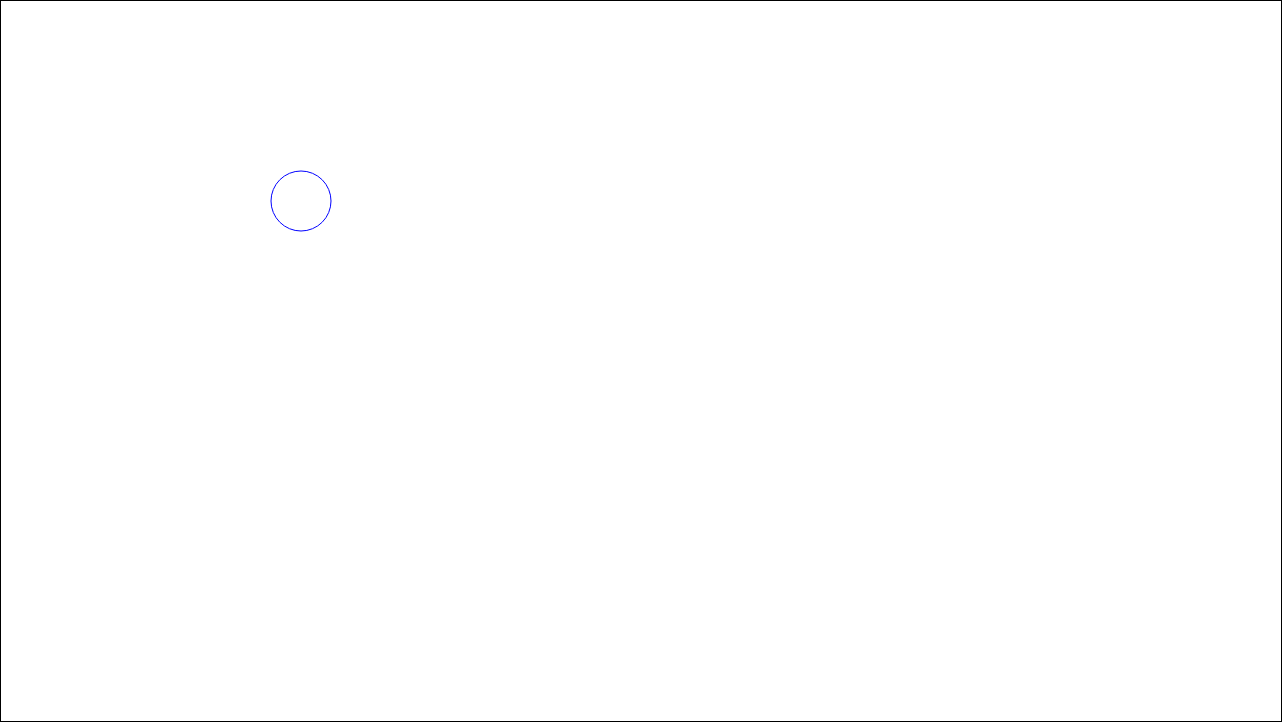
Repository: msminsu/study-canvas
Page: canvas/index.html
An editor plug-in stored every save of this project. The page is shown before and after the next save, followed by the edit.
The browser window is 1280 px wide. The page is 1282 px wide, so the pictures cover 1282 px, including what lies to the right of the window. The pictures show the whole page.

Above is the page before, as saved 2018-11-23 10:56:17.

### canvas/index.html
<!DOCTYPE html>
<html lang="en">
<head>
    <meta charset="UTF-8">
    <title>Document</title>
    <style>
        body{
            margin: 0;
        }
        canvas{
            width:100%;
            height: 100vh;
            border:1px solid black

        }
    </style>
</head>
<body>
    <canvas></canvas>
</body>
<script>
    var canvas = document.querySelector('canvas');
    canvas.width = window.innerWidth;
    canvas.height = window.innerHeight;

    var c = canvas.getContext('2d');

    // c.fillRect(100,100, 20, 20);


    /* c.beginPath();
    c.arc(200,200,30, 0, Math.PI * 2, false);
    c.strokeStyle = 'blue';
    c.stroke(); */


var x = 0;
var dx = 1;
    function animate(){
        requestAnimationFrame(animate);
        c.clearRect(0, 0, innerWidth, innerHeight);

        c.beginPath();
        c.arc(x,200,30, 0, Math.PI * 2, false);
        c.strokeStyle = 'blue';
        c.stroke();
        x+= dx;
    }

animate();

</script>
</html>

After the next save:
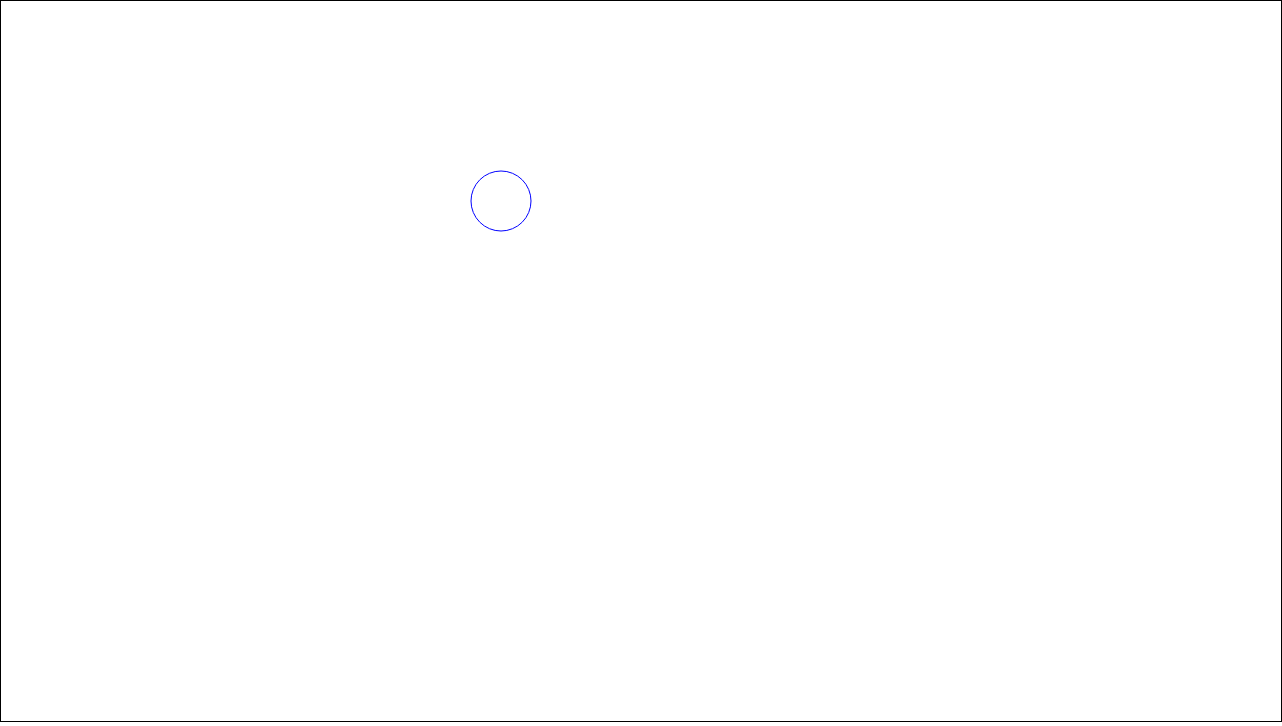
Saved 5 s later.
--- a/canvas/index.html
+++ b/canvas/index.html
@@ -34,7 +34,7 @@
     c.stroke(); */
 
 
-var x = 0;
+var x = 200;
 var dx = 1;
     function animate(){
         requestAnimationFrame(animate);
